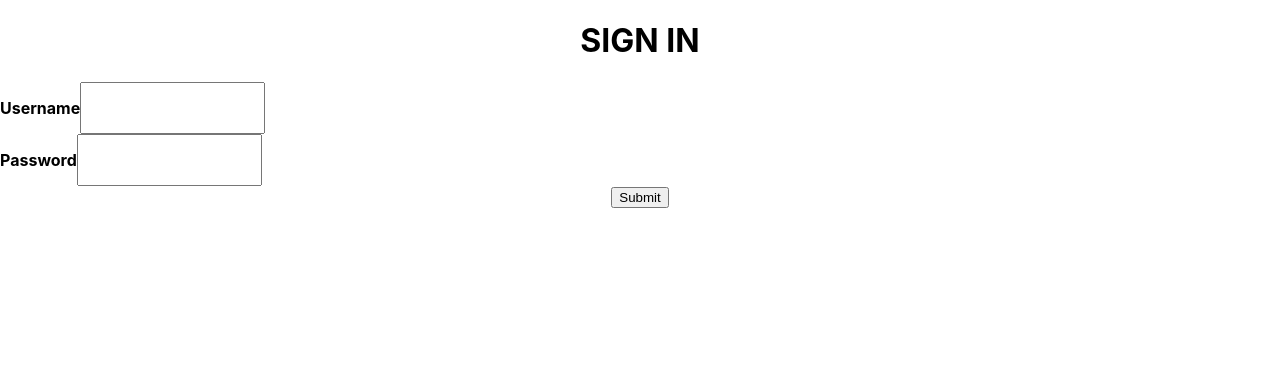
Repository: PreetiToppo/networking
Page: /
An editor plug-in stored every save of this project. The page is shown before and after the next save, followed by the edit.
The browser window is 1280 px wide. The pictures show the whole page.
The project was rebuilt for these pictures with package versions that can differ from the ones it lists, and the page was loaded fresh each time.

Above is the page before, as saved 2023-01-21 19:39:59.

### src/index.js
import React from 'react';
import ReactDOM from 'react-dom/client';
import './index.css';
import App from './App';
import reportWebVitals from './reportWebVitals';

const root = ReactDOM.createRoot(document.getElementById('root'));
root.render(
  <React.StrictMode>
   <App />
  </React.StrictMode>
);

// If you want to start measuring performance in your app, pass a function
// to log results (for example: reportWebVitals(console.log))
// or send to an analytics endpoint. Learn more: https://bit.ly/CRA-vitals
reportWebVitals();

### src/App.js
import "./App.css"
import React,{useState} from 'react';

function App() {
const [data,setData] = useState({
  username:"",
  password:""
})

const {username,password} = data;

const changeHandler = e => {
  setData({...data,[e.target.name]:[e.target.value]});
}

const submitHandler = e => {
  e.preventDefault();
  console.log(data);
}
  return (
    <div>
      <center>
      <h1>SIGN IN</h1>
      <form onSubmit={submitHandler}>
      <div className="name">
        <p>Username</p>
        <input type="text" name="username" value={username} onChange={changeHandler}/><br/>
      </div>
      <div className="pass">
        <p>Password</p>
        <input type="password" name="password" value={password} onChange={changeHandler}/><br/>
      </div>
      <input className="button" type="submit" name="submit"/>
      </form>
      </center>
    </div>

  );
}

export default App;

### src/App.css
.App{
  background-color: aquamarine;
}
.name {
  display: flex;

}

.pass {
  display: flex;
}

p{
  font-weight: bold;
}

Loaded but not shown: public/index.html (common file); src/index.css (common file); src/reportWebVitals.js (common file)

After the next save:
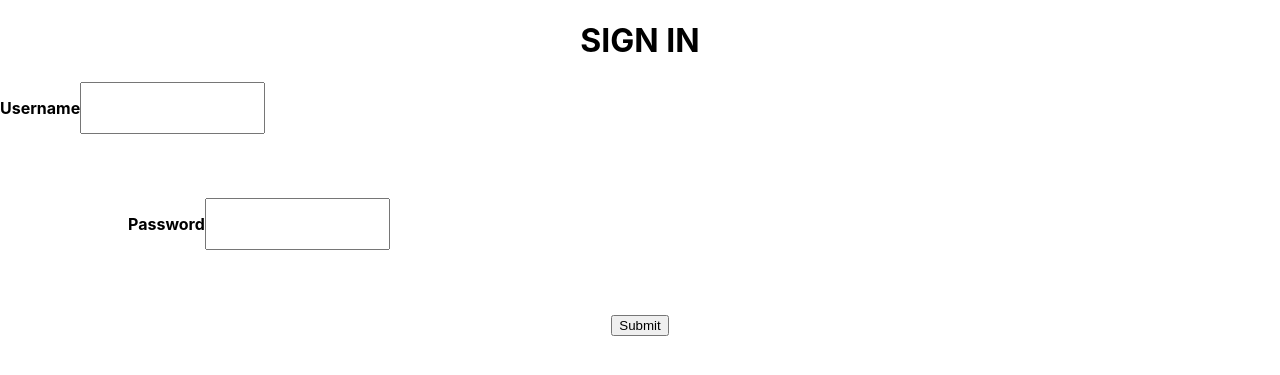
Saved 30 s later.
--- a/src/App.css
+++ b/src/App.css
@@ -8,6 +8,7 @@
 
 .pass {
   display: flex;
+  padding: 5% 10%;
 }
 
 p{
